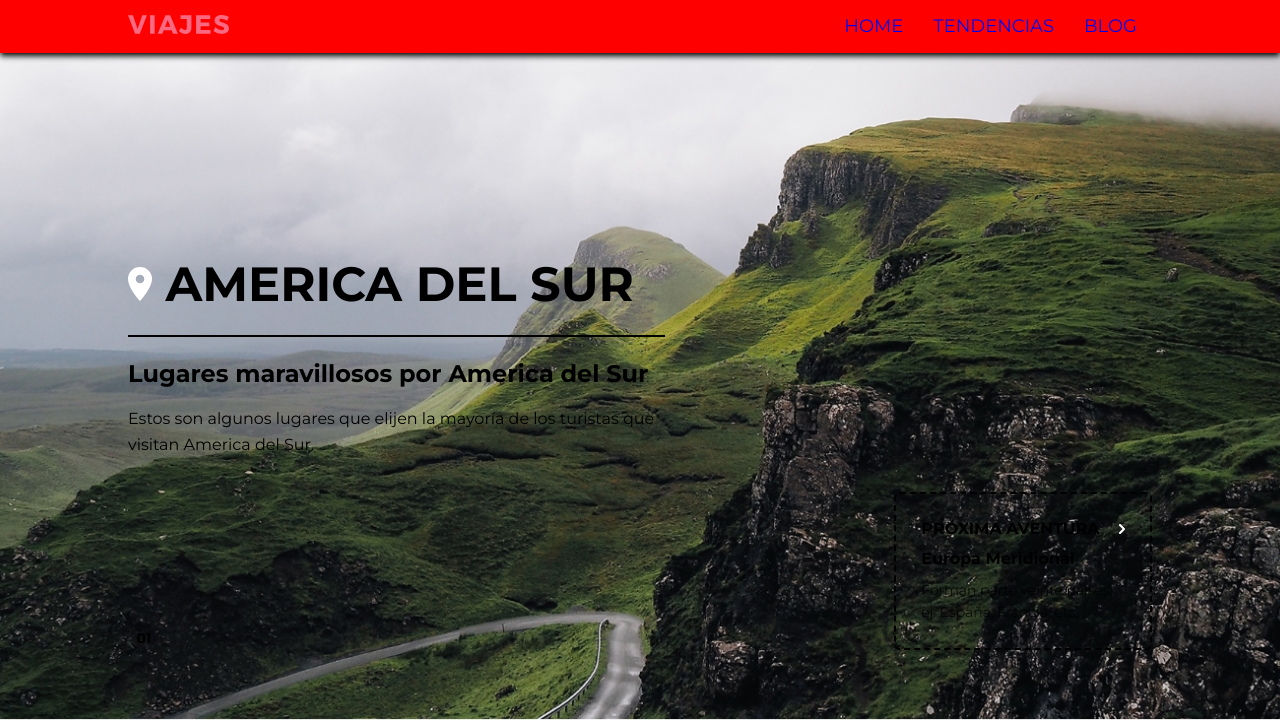
Repository: agustin-mesa/viajes
Page: /
An editor plug-in stored every save of this project. The page is shown before and after the next save, followed by the edit.
The browser window is 1280 px wide. The pictures show the whole page.
The project was rebuilt for these pictures with package versions that can differ from the ones it lists, and the page was loaded fresh each time. Also part of the build but not shown: src/components/styles/colors.module.scss.

Above is the page before, as saved 2021-11-11 20:22:58.

### public/index.html
<!DOCTYPE html>
<html lang="es">
  <head>
    <meta name="author" content="Mauro Agustín Mesa" />
    <meta charset="utf-8" />
    <meta name="viewport" content="width=device-width, initial-scale=1" />
    <meta name="theme-color" content="#000000" />
    <meta
      name="description"
      content="Web site created using create-react-app"
    />
    <title>React App</title>
  </head>
  <body>
    <noscript>You need to enable JavaScript to run this app.</noscript>
    <div id="root"></div>
  </body>
</html>

### src/index.js
import React from "react";
import ReactDOM from "react-dom";
import App from "./App";
import "./index.css";

const Index = () => {
  return <App />;
};

ReactDOM.render(<Index />, document.getElementById("root"));

### src/App.js
import React from "react";
import { BrowserRouter } from "react-router-dom";
import Header from "./components/Header";
import Home from "./pages/Home";
import Tendencias from "./pages/Tendencias";

const App = () => {
  return (
    <>
      <BrowserRouter>
        <Header />
        <Home />
        <Tendencias />
      </BrowserRouter>
    </>
  );
};

export default App;

### src/index.css
@import url("https://fonts.googleapis.com/css2?family=Montserrat:wght@100;200;300;400;500;600;700&display=swap");

* {
  margin: 0;
  padding: 0;
  list-style: none;
  text-decoration: none;
  border: none;
  outline: none;
}

body {
  margin: 0;
  -webkit-font-smoothing: antialiased;
  -moz-osx-font-smoothing: grayscale;
  font-family: "Montserrat", sans-serif;
}

code {
  font-family: source-code-pro, Menlo, Monaco, Consolas, "Courier New",
    monospace;
}

### src/components/Header.js
import React from "react";
import { NavLink } from "react-router-dom";
import styled from "styled-components";

// Colors
import * as colors from "./styles/colors.module.scss";

// LOGO
import logo from "../Assets/logo/logo_01.svg";

const Header = () => {
  return (
    <ContainerHeader>
      <nav>
        <div className="header__logo">
          <NavLink to="#home">
            <img src={logo} alt="Viajes" />
          </NavLink>
        </div>
        <ul>
          <li>
            <NavLink to="#home">HOME</NavLink>
          </li>
          <li>
            <NavLink to="#">TENDENCIAS</NavLink>
          </li>
          <li>
            <NavLink to="#">BLOG</NavLink>
          </li>
        </ul>
      </nav>
    </ContainerHeader>
  );
};

const ContainerHeader = styled.header`
  position: fixed;
  top: 0;
  left: 0;
  right: 0;
  z-index: 999;
  background: red;
  background: ${colors.white};
  box-shadow: 0px 3px 6px ${colors.blackOpac};
  nav {
    display: flex;
    flex-direction: row;
    justify-content: space-between;
    align-items: center;
    padding: 15px 10%;
    ul {
      display: flex;
      flex-direction: row;
      justify-content: flex-end;
      align-items: center;
      width: 100%;
      li a {
        padding: 15px 15px;
        font: normal normal normal 18px/13px Montserrat;
        color: ${colors.blueRelax};
        transition: all 0.2s ease;
      }
      li a:hover {
        color: ${colors.darkblue};
      }
    }
  }
`;

export default Header;

### src/pages/Home.js
import React from "react";
import styled from "styled-components";

import * as colors from "../components/styles/colors.module.scss";

// IMG
import viajesHero from "../Assets/img/Viajes_Hero.jpg";
import icPin from "../Assets/iconos/ic_pin.svg";
import icArrow from "../Assets/iconos/arrow.svg";

// Importo etiquetas default con estilos propios
import { Parrafo, Span, H5 } from "../components/styles/stylesDefault";

const Home = () => {
  return (
    <ContainerHome id="home">
      <HeroWrapper>
        <div className="hero__title">
          <h2>
            <img src={icPin} alt="Pin" /> AMERICA DEL SUR
          </h2>
          <hr />
          <h3>Lugares maravillosos por America del Sur</h3>
          <Parrafo>
            Estos son algunos lugares que elijen la mayoría de los turistas que
            visitan America del Sur.
          </Parrafo>
        </div>
        <div className="hero__info">
          <H5>
            PRÓXIMA AVENTURA <img src={icArrow} alt="Arrow" />
          </H5>
          <Span>Europa Meridional</Span>
          <p>
            Forman parte veinte países. <br />
            ej. España, Francia, etc.
          </p>
        </div>
      </HeroWrapper>
      <div className="slider">
        <span>01</span>
      </div>
    </ContainerHome>
  );
};

const ContainerHome = styled.div`
  width: 100%;
  height: 100vh;
  background-image: url(${viajesHero});
  background-size: cover;
  background-position: center;

  .slider {
    position: absolute;
    width: 13%;
    bottom: 60px;
    display: flex;
    align-items: center;
    justify-content: flex-end;
    z-index: 1;
    span {
      display: flex;
      align-items: center;
      justify-content: center;
      width: 45px;
      height: 45px;
      background: ${colors.white};
      border-radius: 50px;
      font: normal normal bold 14px/22px Montserrat;
    }
    span::after {
      content: "";
      position: absolute;
      width: 70px;
      height: 70px;
      background: ${colors.whiteOpac};
      border-radius: 50px;
      z-index: -2;
    }
    span::before {
      content: "";
      position: absolute;
      left: 0;
      width: 100%;
      height: 5px;
      background: ${colors.pink};
      z-index: -1;
    }
  }
`;

const HeroWrapper = styled.div`
  position: absolute;
  top: 0;
  bottom: 0;
  left: 10%;
  right: 10%;
  display: flex;
  align-items: center;
  .hero__title {
    display: flex;
    align-items: flex-start;
    justify-content: center;
    flex-direction: column;
    color: ${colors.white};

    h2 {
      font: normal normal bold 48px/42px Montserrat;
    }
    hr {
      width: 75%;
      border-bottom: 2px solid ${colors.white};
      margin: 30px 0 20px;
    }
    h3 {
      font: normal normal bold 24px/34px Montserrat;
    }
  }

  .hero__info {
    position: absolute;
    right: 0;
    bottom: 70px;
    background: ${colors.darkblueOpac} 0% 0% no-repeat padding-box;
    border: 2px dashed ${colors.whiteOpac};
    border-radius: 6px;
    padding: 25px;

    p {
      font: normal normal 300 14px/22px Montserrat;
      color: ${colors.white};
      margin: 10px 0 0;
    }
  }
`;

export default Home;

### src/pages/Tendencias.js
import React from "react";
import styled from "styled-components";

const Tendencias = () => {
  return <ContainerTendencias></ContainerTendencias>;
};

const ContainerTendencias = styled.div``;

export default Tendencias;

### src/components/styles/stylesDefault.js
import styled from "styled-components";

// Colors
import * as colors from "./colors.module.scss";

const Parrafo = styled.p`
  margin: 15px 0 0;
  font: normal normal normal 16px/26px Montserrat;
  width: 80%;
`;

const H5 = styled.h5`
  font: normal normal bold 16px/20px Montserrat;
  color: ${colors.pink};
  margin: 0 0 10px;
  img {
    margin: 0 0 0 15px;
  }
`;

const Span = styled.span`
  font: normal normal bold 16px/20px Montserrat;
  color: ${colors.white};
`;

export { Parrafo, Span, H5 };

After the next save:
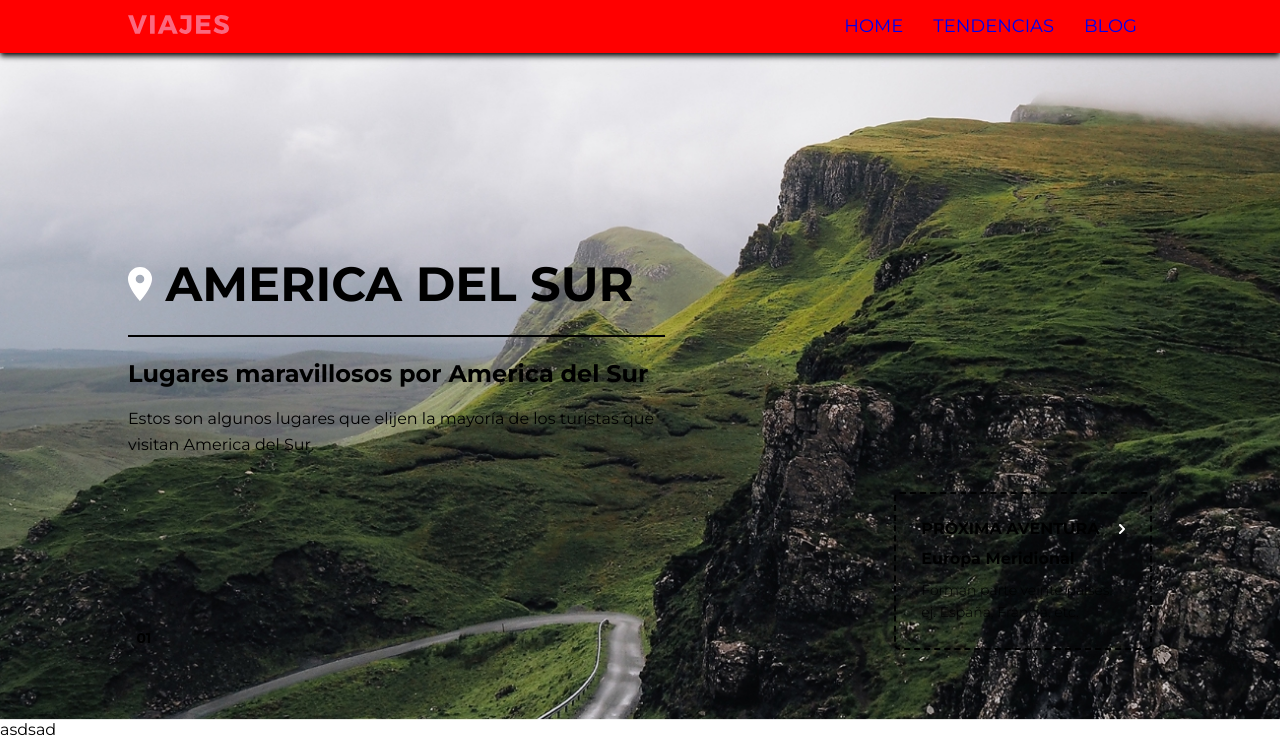
Saved 10 s later.
--- a/src/pages/Tendencias.js
+++ b/src/pages/Tendencias.js
@@ -2,7 +2,7 @@ import React from "react";
 import styled from "styled-components";
 
 const Tendencias = () => {
-  return <ContainerTendencias></ContainerTendencias>;
+  return <ContainerTendencias>asdsad</ContainerTendencias>;
 };
 
 const ContainerTendencias = styled.div``;
